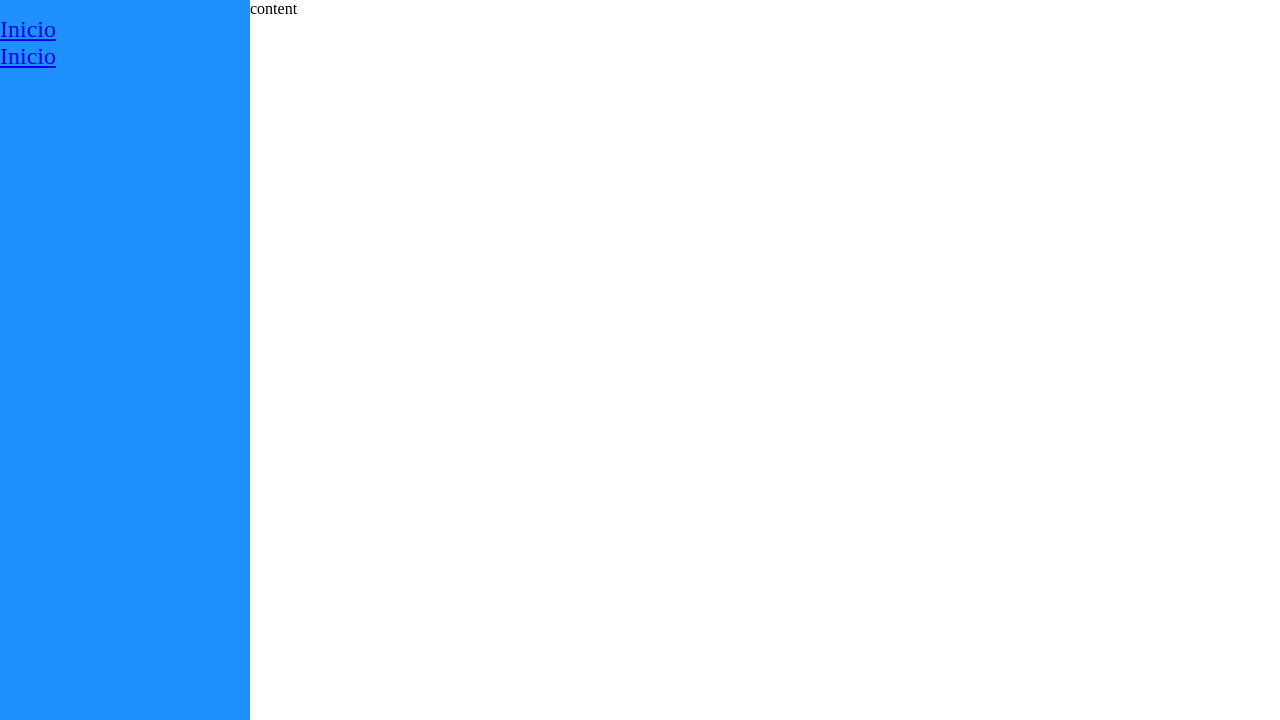
Repository: mateus-henrique-silva/estudos-react
Page: /
The author's editor kept a copy of each file at every save. The page is drawn from the files as they stood at one save, then again after the next save.
The browser window is 1280 px wide. The pictures show the whole page.
The project was rebuilt for these pictures with package versions that can differ from the ones it lists, and the page was loaded fresh each time.

Above is the page before, as saved 2022-07-11 11:53:10.

### public/index.html
<!DOCTYPE html>
<html lang="en">
  <head>
    <meta charset="utf-8" />
    <link rel="icon" href="%PUBLIC_URL%/favicon.ico" />
    <meta name="viewport" content="width=device-width, initial-scale=1" />
    <title>React App</title>
  </head>
  <body>
    <noscript>You need to enable JavaScript to run this app.</noscript>
    <div id="root"></div>

  </body>
</html>

### src/index.js
import React from 'react';
import ReactDOM from 'react-dom/client';
import App from './Views/App';
import reportWebVitals from './reportWebVitals';
import "./index.css"

const root = ReactDOM.createRoot(document.getElementById('root'));
root.render(
  <React.StrictMode>
    <App />
  </React.StrictMode>
);

// If you want to start measuring performance in your app, pass a function
// to log results (for example: reportWebVitals(console.log))
// or send to an analytics endpoint. Learn more: https://bit.ly/CRA-vitals
reportWebVitals();

### src/Views/App.jsx
import React from "react"
import Content from "../Components/Content/Content";
import Menu from "../Components/Menu/Menu";
import "../Views/App.css"

function App() {
  return (
    <div className="App">
        <Menu/>
        <Content/>
    </div>
  );
}

export default App;

### src/index.css
body{
    margin:0;

}

### src/Components/Content/Content.jsx
import React from 'react'

const Content = props => (
    <div className="content" >
        content
    </div>

)
export default Content

### src/Components/Menu/Menu.jsx
import React from "react";
import "./Menu.css";

const Menu = (props) => (
  <aside className="Menu">
    <nav>
      <ul>
        <li>
          <a href="#">Inicio</a>
        </li>

        <li>
          <a href="#">Inicio</a>
        </li>
      </ul>
    </nav>
  </aside>
);

export default Menu;

### src/Views/App.css
.App{
    display:flex;

    height: 100vh;
}

### src/Components/Menu/Menu.css
.Menu{
    display:flex;
    flex-basis: 250px;
    background-color:#1e90ff;



}

.Menu ul{
    list-style:none;
    padding:0;
}

.Menu li{
    display:flex;
    text-decoration: none;
    color: white;
    font-size:1.5rem;
}

Loaded but not shown: src/reportWebVitals.js (common file)

After the next save:
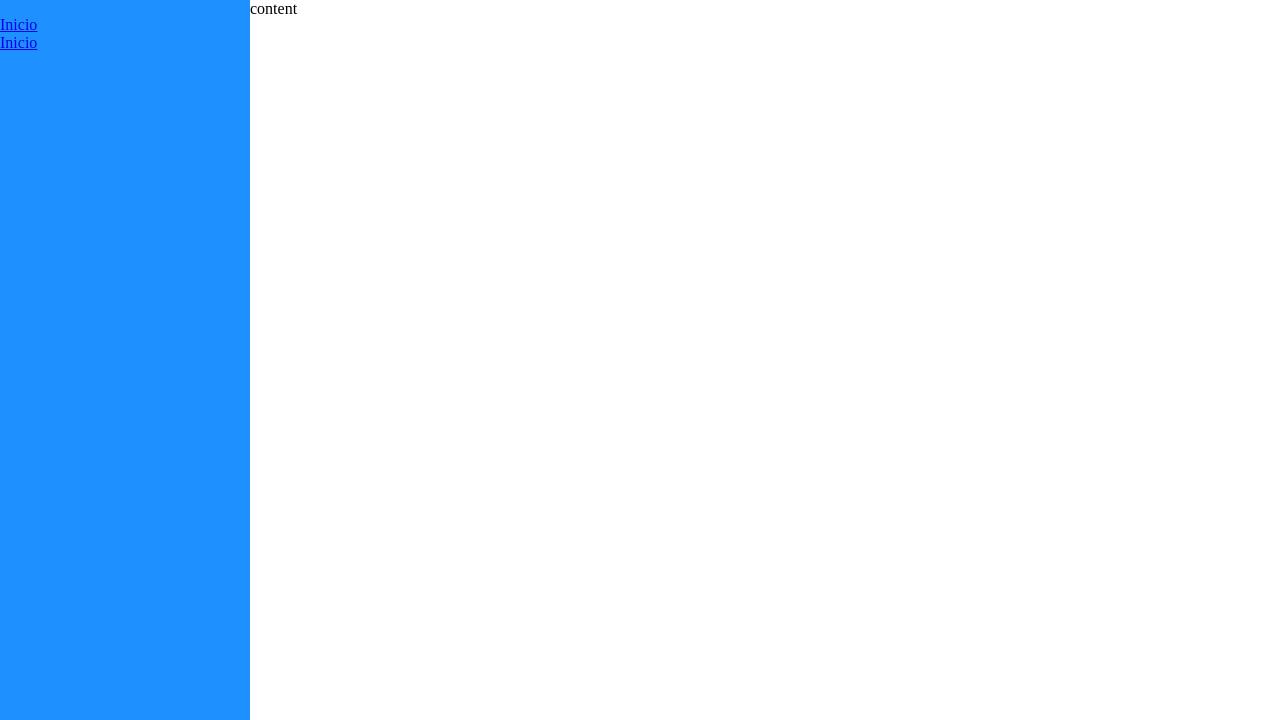
Saved 13 s later.
--- a/src/Components/Menu/Menu.css
+++ b/src/Components/Menu/Menu.css
@@ -14,7 +14,5 @@
 
 .Menu li{
     display:flex;
-    text-decoration: none;
-    color: white;
-    font-size:1.5rem;
+
 }

After the 3 saves that followed:
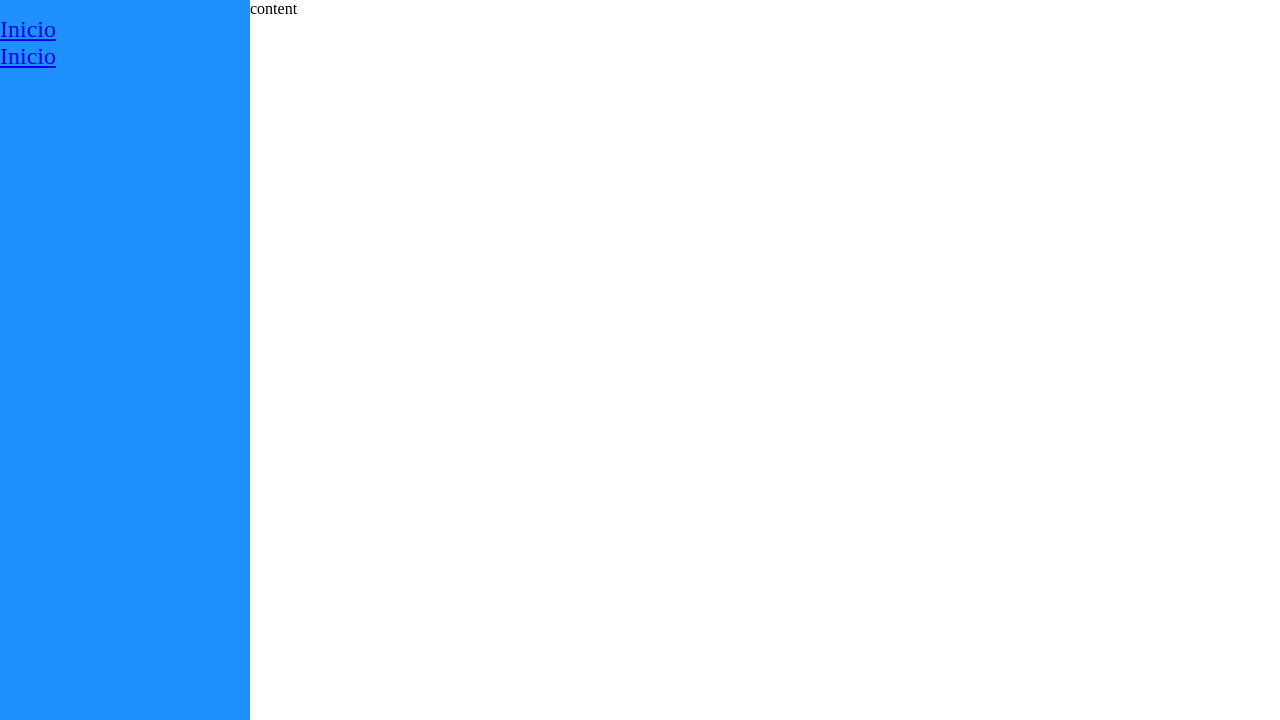
The 3 saves are shown as one change because 2 left the picture as it was.
The last was saved 23 s later.
--- a/src/Components/Menu/Menu.css
+++ b/src/Components/Menu/Menu.css
@@ -16,3 +16,9 @@
     display:flex;
 
 }
+
+.Menu li {
+    text-decoration: none;
+    color: white;
+    font-size:1.5rem;
+}
